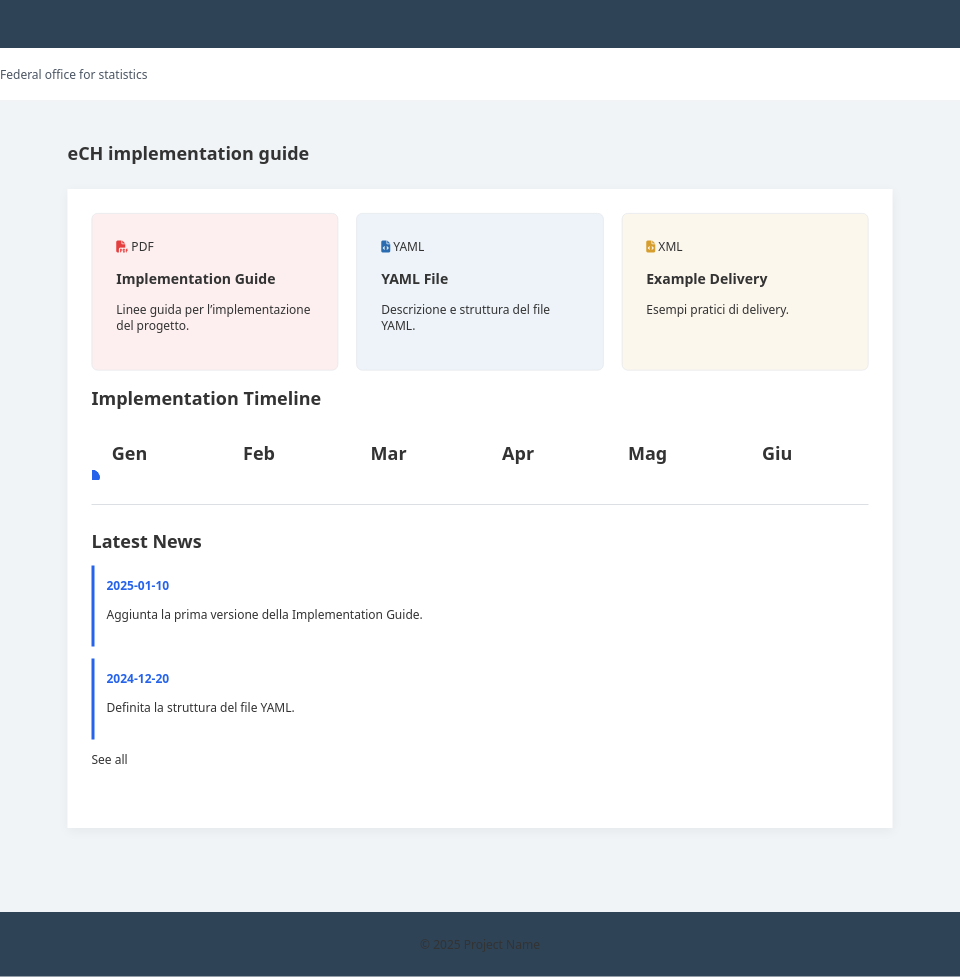
Repository: bfspoku/ech-0252-docs
Page: index.html
An editor plug-in stored every save of this project. The page is shown before and after the next save, followed by the edit.
The browser window is 1280 px wide. The pictures show the whole page, at 75% of full size.

Above is the page before, as saved 2025-12-16 17:13:10.

### index.html
<!-- LINK FOR FONTS -->
<link rel="preconnect" href="https://fonts.googleapis.com">
<link rel="preconnect" href="https://fonts.gstatic.com" crossorigin>
<link href="https://fonts.googleapis.com/css2?family=Noto+Sans:ital,wght@0,400;0,600;0,700;1,400&display=swap" rel="stylesheet">
<!-- LINK FOR SVG -->
<link rel="stylesheet" href="https://cdnjs.cloudflare.com/ajax/libs/font-awesome/6.5.0/css/all.min.css">

<!DOCTYPE html>
<html lang="it">
<head>
  <meta charset="UTF-8">
  <title>eCH implementation guide</title>
  <link rel="stylesheet" href="css/style.css">
</head>
<body>

<header>

</header>

<section class="sub-banner">
      <p>Federal office for statistics</p>
</section>


<main>
    <h2>eCH implementation guide</h2>
    <section class = "wrapper">

        <!-- CARDS -->
        <section class="cards">
            <a class="card" href="implementation-guide.html" style="background-color: #e53e3e15;">
            <i class="fas fa-file-pdf" style="color:#E53E3E;"></i> PDF
            <h3>Implementation Guide</h3>
            <p>Linee guida per l’implementazione del progetto.</p>
            </a>

            <a class="card" href="yaml-file.html" style="background-color: #2b6bb015;">
            <i class="fas fa-file-code" style="color:#2B6CB0;"></i> YAML
            <h3>YAML File</h3>
            <p>Descrizione e struttura del file YAML.</p>
            </a>

            <a class="card" href="example-delivery.html" style="background-color: #D69E2E15;">
            <i class="fas fa-file-code" style="color:#D69E2E;"></i> XML
            <h3>Example Delivery</h3>
            <p>Esempi pratici di delivery.</p>
            </a>
        </section>

        <!-- INFORMATION -->
        <section class="information">

            <h2> Implementation Timeline<h2>

                <div class="timeline-container">
                    <div class="timeline">
                      <!-- Mesi -->
                      <div class="months">
                        <div class="month">Gen</div>
                        <div class="month">Feb</div>
                        <div class="month">Mar</div>
                        <div class="month">Apr</div>
                        <div class="month">Mag</div>
                        <div class="month">Giu</div>
                        <div class="month">Lug</div>
                        <div class="month">Ago</div>
                        <div class="month">Set</div>
                        <div class="month">Ott</div>
                        <div class="month">Nov</div>
                        <div class="month">Dic</div>
                      </div>

                      <!-- Eventi -->
                      <div class="events">
                        <!-- usa data-date nel formato YYYY-MM-DD -->
                        <div class="event" data-date="2026-01-15" data-text="Evento Gennaio"></div>
                        <div class="event" data-date="2026-03-10" data-text="Evento Marzo"></div>
                        <div class="event" data-date="2026-06-25" data-text="Evento Giugno"></div>
                        <div class="event" data-date="2026-09-05" data-text="Evento Settembre"></div>
                        <div class="event" data-date="2026-12-20" data-text="Evento Dicembre"></div>
                      </div>
                    </div>
                  </div>

                  <!-- Popup -->
                  <div class="popup" id="popup"></div>

                  <script src="js/script.js"></script>



            <div class="divider"></div>

            <h2>Latest News</h2>

            <ul class="updates">
            <li>
                <span class="date">2025-01-10</span>
                <p>Aggiunta la prima versione della Implementation Guide.</p>
            </li>
            <li>
                <span class="date">2024-12-20</span>
                <p>Definita la struttura del file YAML.</p>
            </li>
            </ul>
            <p>See all</p>
        </section>

    </section>

</main>

<footer>
  <p>© 2025 Project Name</p>
</footer>

</body>
</html>

### css/style.css
body {
    font-family: 'Noto Sans', system-ui, -apple-system, BlinkMacSystemFont,
    'Segoe UI', Roboto, Ubuntu, Cantarell, 'Helvetica Neue',
    Arial, sans-serif;
    margin: 0;
    background: #f0f4f7;
    color: #333;
  }

  header {
    background: #2f4356;
    color: white;
    padding: 2rem;
  }

  /* SUB-BANNER */
  .sub-banner {
    background-color: white;   /* bianco puro */
    padding: 1.5rem 0;         /* verticale */
    border-bottom: 1px solid #e5e7eb; /* linea di separazione */
  }

  .sub-banner h2 {
    margin: 0 0 0.5rem 0;
    font-weight: 600;
    color: #111827;
  }

  .sub-banner p {
    margin: 0;
    color: #4b5563;
    font-size: 16px;
  }

  main {
    padding: 2rem;
    max-width: 1100px;
    margin: auto;
  }

  h1, h2 {
    margin-bottom: 1rem;
  }

  .divider {
    width: 100%;             /* prende tutta la larghezza della wrapper o del container */
    height: 1px;             /* spessore della linea */
    background: #d1d5db;
    margin: 2rem 0;          /* spazio sopra e sotto */
    border: none;
  }

  /* Main wrapper for all the pages */
  .wrapper {
    max-width: 1100px;      /* larghezza massima */
    margin: 2rem auto;      /* centrato orizzontalmente, margine verticale */
    padding: 2rem;          /* spazio interno */
    background-color: #ffffff;  /* bianco-beige chiaro */
    box-shadow: 0 4px 15px rgba(0,0,0,0.05); /* leggero effetto profondità */
  }

  /* INFORMATION */
  .information {
    margin-bottom: 3rem;
  }

  .updates {
    list-style: none;
    padding: 0;
  }

  .updates li {
    background: white;
    padding: 1rem;
    border-left: 4px solid #2563eb;
    margin-bottom: 1rem;
  }

  .date {
    font-weight: bold;
    color: #2563eb;
  }

  /* CARDS */
  .cards {
    display: grid;
    grid-template-columns: repeat(auto-fit, minmax(250px, 1fr));
    gap: 1.5rem;
  }

  .card {
    background: #e4e5e7;
    padding: 2rem;
    text-decoration: none;
    color: inherit;
    border: 1px solid #e5e7eb;
    border-radius: 8px;
    transition: transform 0.2s, box-shadow 0.2s;
  }

  .card:hover {
    transform: translateY(-5px);
    box-shadow: 0 10px 20px rgba(0,0,0,0.1);
  }

  footer {
    text-align: center;
    padding: 1rem;
    background: #2f4356;
    margin-top: 3rem;
  }

  /* TIMELINE */
  .timeline-container {
    position: relative;
    overflow-x: auto;
    white-space: nowrap;
    padding: 20px 0;
  }

  .timeline {
    position: relative;
    width: 2000px; /* adattabile a viewport larga */
    margin: auto;
  }

  .timeline-line {
    position: absolute;
    top: 40px;
    left: 0;
    width: 100%;
    height: 4px;
    background-color: #ccc;
    border-radius: 2px;
    z-index: 0;
  }

  .months {
    display: flex;
    justify-content: space-between;
    position: relative;
    z-index: 1;
  }

  .month {
    text-align: center;
    position: relative;
    width: 100px;
    font-weight: bold;
    color: #333;
  }

  .events .event {
    position: absolute;
    width: 20px;
    height: 20px;
    background-color: #2563eb;
    border-radius: 50%;
    cursor: pointer;
    transform: translateX(-50%);
    top: 40px;
    z-index: 1;
  }

  .events .event:hover {
    background-color: #1d4ed8;
  }

  .popup {
    position: absolute;
    padding: 8px 12px;
    background: white;
    border: 1px solid #ccc;
    border-radius: 5px;
    display: none;
    pointer-events: none;
    font-size: 14px;
    box-shadow: 0 4px 10px rgba(0,0,0,0.1);
  }

Loaded but not shown: js/script.js (no stored copy; drawn as an empty file)

After the next save:
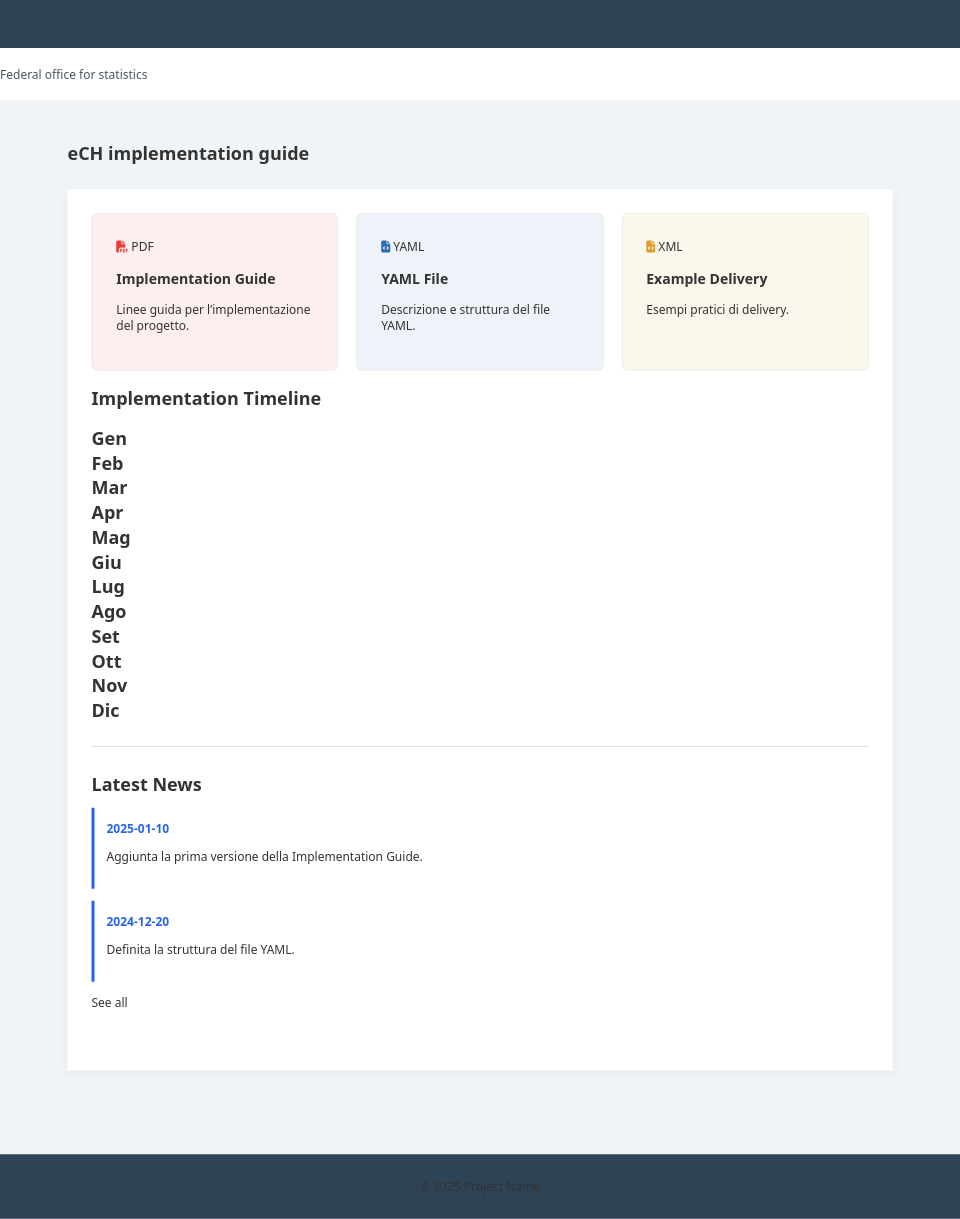
Saved 30 s later.
--- a/css/style.css
+++ b/css/style.css
@@ -111,69 +111,3 @@
   }
 
   /* TIMELINE */
-  .timeline-container {
-    position: relative;
-    overflow-x: auto;
-    white-space: nowrap;
-    padding: 20px 0;
-  }
-
-  .timeline {
-    position: relative;
-    width: 2000px; /* adattabile a viewport larga */
-    margin: auto;
-  }
-
-  .timeline-line {
-    position: absolute;
-    top: 40px;
-    left: 0;
-    width: 100%;
-    height: 4px;
-    background-color: #ccc;
-    border-radius: 2px;
-    z-index: 0;
-  }
-
-  .months {
-    display: flex;
-    justify-content: space-between;
-    position: relative;
-    z-index: 1;
-  }
-
-  .month {
-    text-align: center;
-    position: relative;
-    width: 100px;
-    font-weight: bold;
-    color: #333;
-  }
-
-  .events .event {
-    position: absolute;
-    width: 20px;
-    height: 20px;
-    background-color: #2563eb;
-    border-radius: 50%;
-    cursor: pointer;
-    transform: translateX(-50%);
-    top: 40px;
-    z-index: 1;
-  }
-
-  .events .event:hover {
-    background-color: #1d4ed8;
-  }
-
-  .popup {
-    position: absolute;
-    padding: 8px 12px;
-    background: white;
-    border: 1px solid #ccc;
-    border-radius: 5px;
-    display: none;
-    pointer-events: none;
-    font-size: 14px;
-    box-shadow: 0 4px 10px rgba(0,0,0,0.1);
-  }
